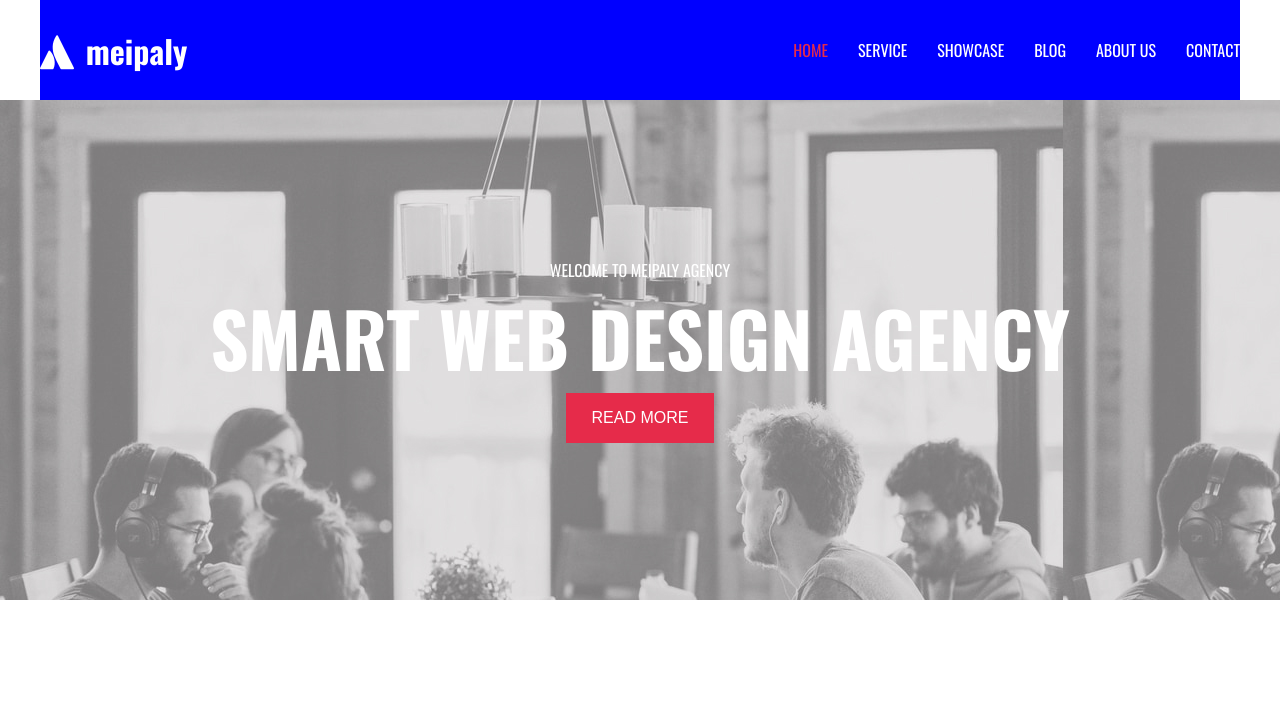
Repository: trminhphuc1504/meipaly
Page: meipaly.html
The author's editor kept a copy of each file at every save. The page is drawn from the files as they stood at one save, then again after the next save.
The browser window is 1280 px wide. The pictures show the whole page.
Some web libraries are served in a nearby version.

Above is the page before, as saved 2024-08-18 22:24:56.

### meipaly.html
<!DOCTYPE html>
<html lang="en">
  <head>
    <meta charset="UTF-8" />
    <meta http-equiv="X-UA-Compatible" content="IE=edge" />
    <meta name="viewport" content="width=device-width, initial-scale=1.0" />
    <title>Meipaly</title>
    <!-- link logo -->
    <link
      rel="stylesheet"
      href="https://cdnjs.cloudflare.com/ajax/libs/font-awesome/6.6.0/css/all.min.css"
    />
    <!-- google-font -->
    <link rel="preconnect" href="https://fonts.googleapis.com" />
    <link rel="preconnect" href="https://fonts.gstatic.com" crossorigin />
    <link
      href="https://fonts.googleapis.com/css2?family=Oswald:wght@200..700&display=swap"
      rel="stylesheet"
    />
    <!-- link css -->
    <link rel="stylesheet" href="css/meipaly.css" />
  </head>
  <body>
    <!-- header -->
    <section id="header">
      <div class="container">
        <header>
          <div class="header-logo">
            <i class="fa-brands fa-atlassian"></i> <span>meipaly </span>
          </div>
          <nav class="header-nav">
            <ul>
              <li><a class="active" href="">HOME</a></li>
              <li><a href="">SERVICE</a></li>
              <li><a href="">SHOWCASE</a></li>
              <li><a href="">BLOG</a></li>
              <li><a href="">ABOUT US</a></li>
              <li><a href="">CONTACT</a></li>
            </ul>
          </nav>
        </header>
      </div>
    </section>
    <!-- banner -->
    <section id="banner">
      <div class="banner-content">
        <p class="banner-desc">
          WELCOME TO MEIPALY AGENCY
          <h1 class="banner-title">SMART WEB
            DESIGN AGENCY</h1>
            <button class="banner-btn">Read More</button>
        </p>
      </div>
    </section>
  </body>
</html>

### css/meipaly.css
/* reset css */
* {
margin: 0;
padding: 0;
box-sizing: border-box;
}

/* reset gạch chân mặc định của thẻ a  */
a{
    text-decoration: none;
}
html{
    font-family: "Oswald", sans-serif;
}

.container{
    max-width: 1200px;
    margin: auto;
    background: blue;
}

/* --------------Header-------------- */
header{
    display: flex;
    justify-content: space-between;
    height: 100px;
    align-items: center;
}
header .header-logo{
    /* thay đổi hình dạng của con trỏ chuột */
    cursor:pointer ;
}

/* selector chọn những thẻ có class là header-logo nằm trong thẻ header */
header .header-logo span{
 font-size:32px;
 font-weight: 700;
 color:#fff;
 margin-left:  8px;
}

header .header-logo i{
    font-size:34px;
    color: #fff;
}

header .header-nav a{
    text-decoration: none;
    text-transform: uppercase;
    color: #fff;
    /* Xác định thuộc tính thay đổi */
    /* transition: all; */

    /* Thời gian thực hiện chuyển động thay đổi */
    /* transition-duration: 0.3s; */

    /* Hiệu ứng thay đổi */
    /* transition-timing-function: ease-in-out; */

    /* Cú pháp rút gọn */
    transition: all 0.3s ease-in-out;
}
/* hover: bắt sự kiện khi rê chuột vào thẻ a */
header .header-nav a:hover{
color: #e62b4a;
}
/* C1 */
/* header .header-nav li {
    display: inline;
    margin: 30px;
} */

/* C2: Sử dụng flex */
header .header-nav ul{
    /* bỏ đi đánh dấu của thẻ ul li */
    list-style: none;
    display: flex;
    /* chỉnh khoảng cách giữa các flex items */
    gap: 30px;
}
/* C1: thêm class active vào thẻ a ở file html */
/* Seclector tới thẻ a có class active nằm trong header-nav và trong header */
header .header-nav a.active{
    color: #e62b4a;
}

/* C2 */
/* Selector tới thẻ a trong thẻ con li đầu tiên của thẻ ul */
/* nth-child():lựa chọn tới thẻ con bất kì */
/* header .header-nav ul li:first-child{
    color: #e62b4a;
} */

/* Banner */
/* Căn giữa nội dụng */
/* C1: flex box */
#banner .banner-content{
    display: flex;
    flex-direction: column;
    justify-content: center;
    align-items: center;
    height:500px;
    background:url(../img/home_slider.jpg);
}

/* C2:Position */
#banner{
    position: relative;
}

/* #banner .banner-content{
    position: absolute;
    top:50%;
    left:50%;
    transform: translate(-50%,-50%);
    margin-top:79px;
    text-align: center;
    background-color: #111;
} */

#banner .banner-content .banner-desc{
    color: white;

}

#banner .banner-content .banner-title{
    color: white;
    font-size: 75px;
}



#banner .banner-content .banner-btn{
    background-color: rgb(230, 43, 74);
    padding: 14px 24px;
    text-transform: uppercase;
    color: #fff;
    font-size: 16px;
    font-weight: 400;
    cursor: pointer;
    outline: none;
    border: 2px solid transparent;
    transition: all 0.3s ease-in-out;
}

#banner .banner-content .banner-btn:hover{
    /* Giá trị cuối cùng (alpha) từ 0-1 giá trị càng nhỏ thì càng đậm */
    /* background-color: rgb(230, 43, 74); */
    background: rgb(230, 43, 74 ,0.6);
}

After the next save:
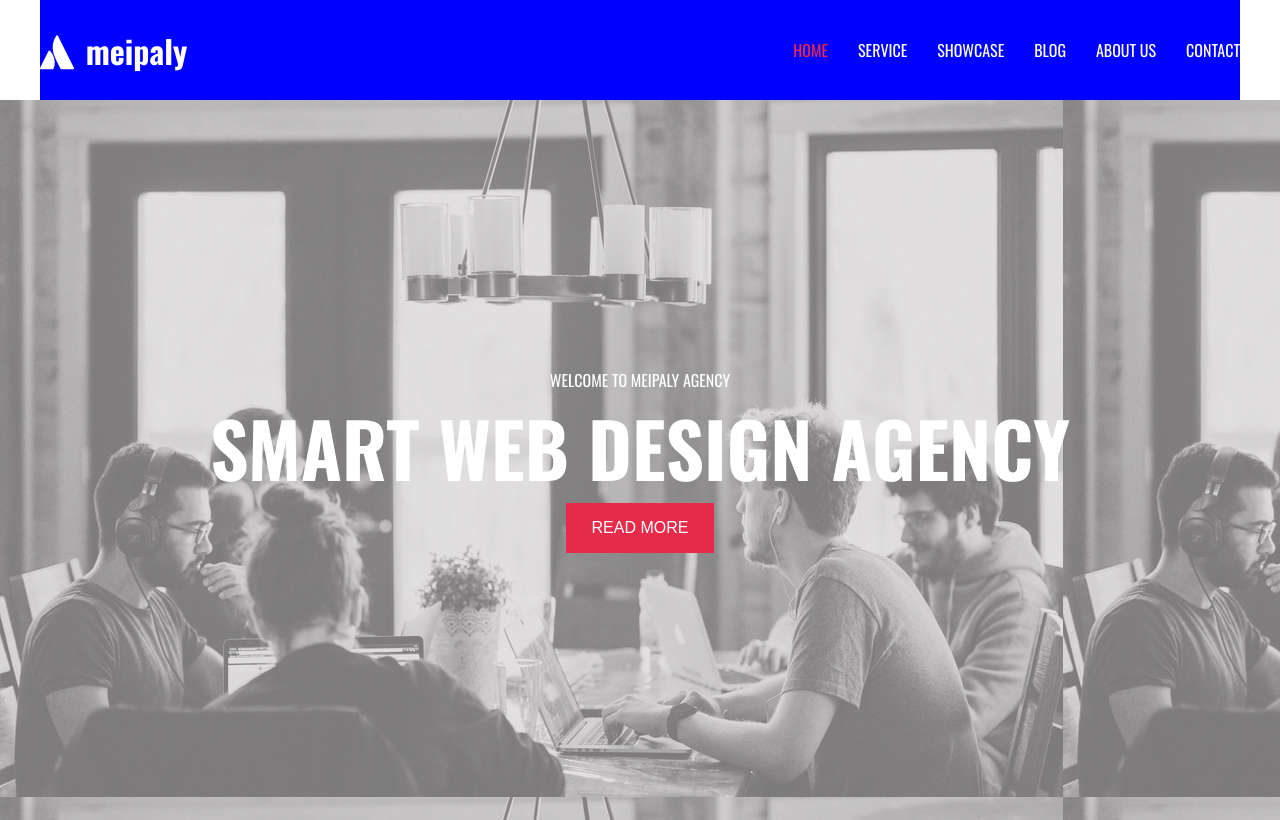
Saved 12 s later.
--- a/css/meipaly.css
+++ b/css/meipaly.css
@@ -99,7 +99,7 @@
     flex-direction: column;
     justify-content: center;
     align-items: center;
-    height:500px;
+    height:100vh;
     background:url(../img/home_slider.jpg);
 }
 
